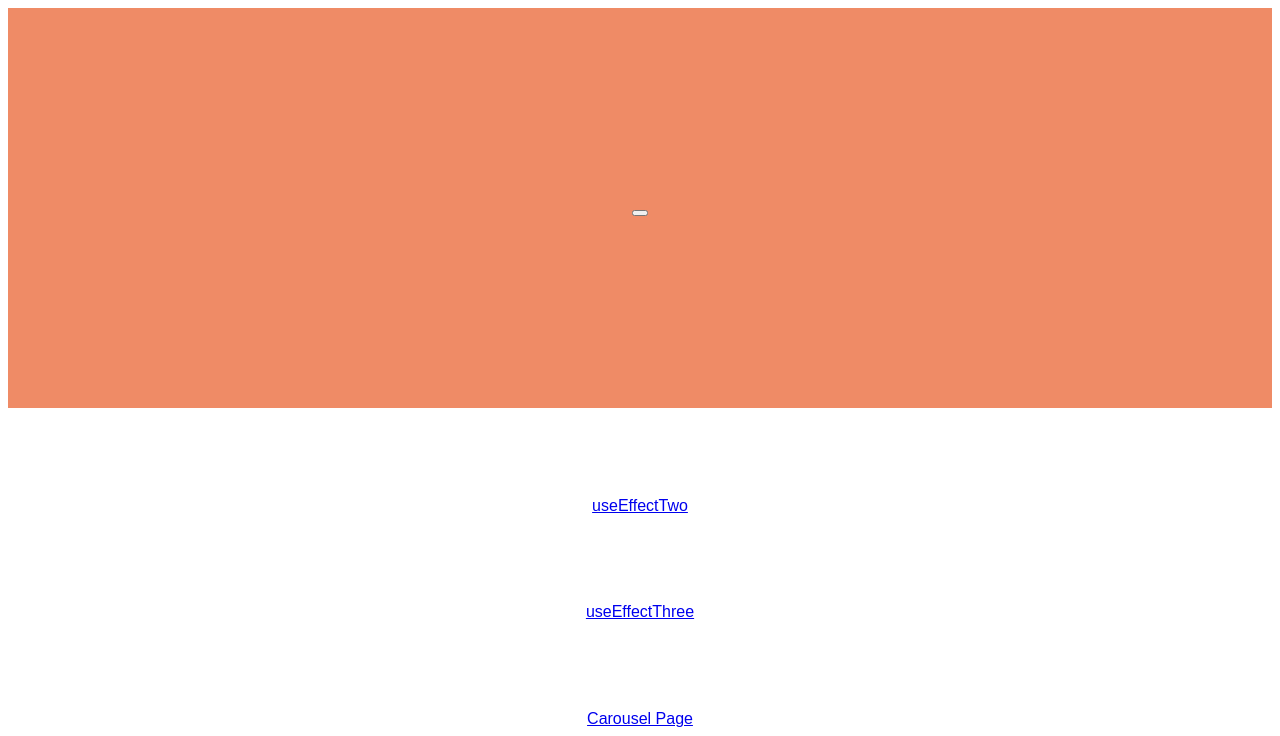
Repository: giovanabirck/class8
Page: /
An editor plug-in stored every save of this project. The page is shown before and after the next save, followed by the edit.
The browser window is 1280 px wide. The pictures show the whole page.
The project was rebuilt for these pictures with package versions that can differ from the ones it lists, and the page was loaded fresh each time. The framework's server and built-in components were replaced by stand-ins that run in the browser. Also part of the build but not shown: next.config.js.

Above is the page before, as saved 2023-02-23 17:50:01.

After the next save:
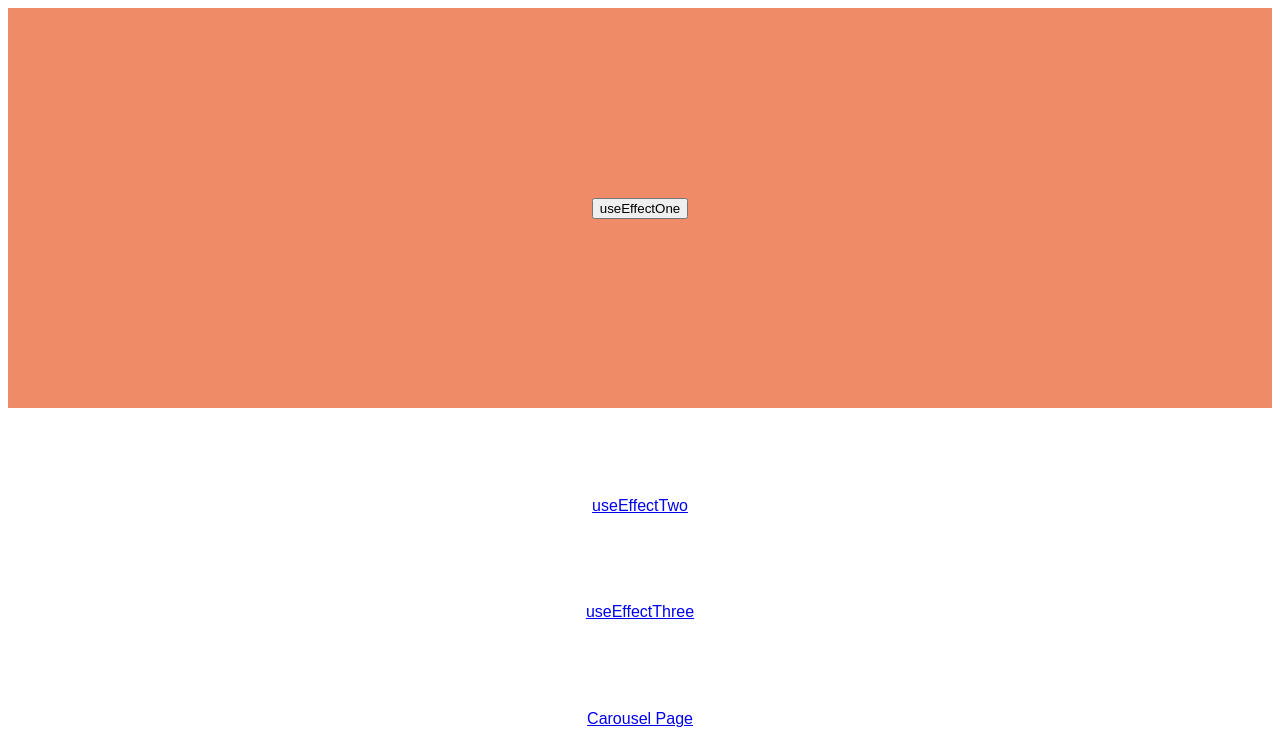
Saved 5 s later.
--- a/pages/index.js
+++ b/pages/index.js
@@ -15,8 +15,7 @@ export default function Home() {
       <main className={styles.main}>
         <div className={styles.effect_one}>
           <Link href="/useEffectOne" className={styles.one_link}>
-            <button>
-            </button></Link>
+            <button>useEffectOne</button></Link>
         </div>
         <div className={styles.effect_two}>
           <Link href="/useEffectTwo">useEffectTwo</Link>
